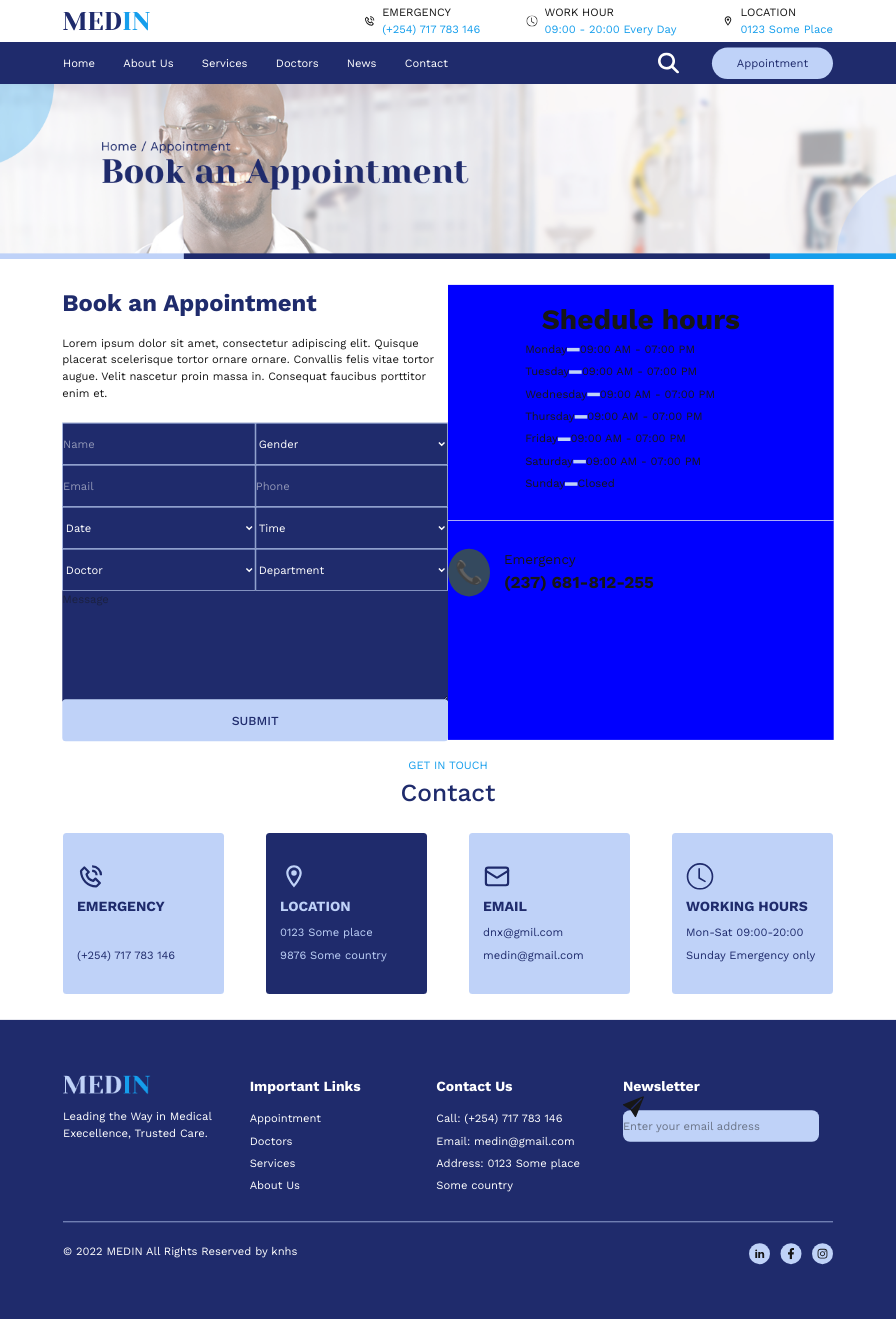
Repository: SynHK3/Poc_Hospital
Page: /appointment (app in fe_hospital/)
The author's editor kept a copy of each file at every save. The page is drawn from the files as they stood at one save, then again after the next save.
The browser window is 1280 px wide. The pictures show the whole page, at 70% of full size.
The project was rebuilt for these pictures with package versions that can differ from the ones it lists, and the page was loaded fresh each time. The framework's server and built-in components were replaced by stand-ins that run in the browser. Also part of the build but not shown: fe_hospital/next.config.ts.

Above is the page before, as saved 2025-09-02 22:36:38.

After the next save:
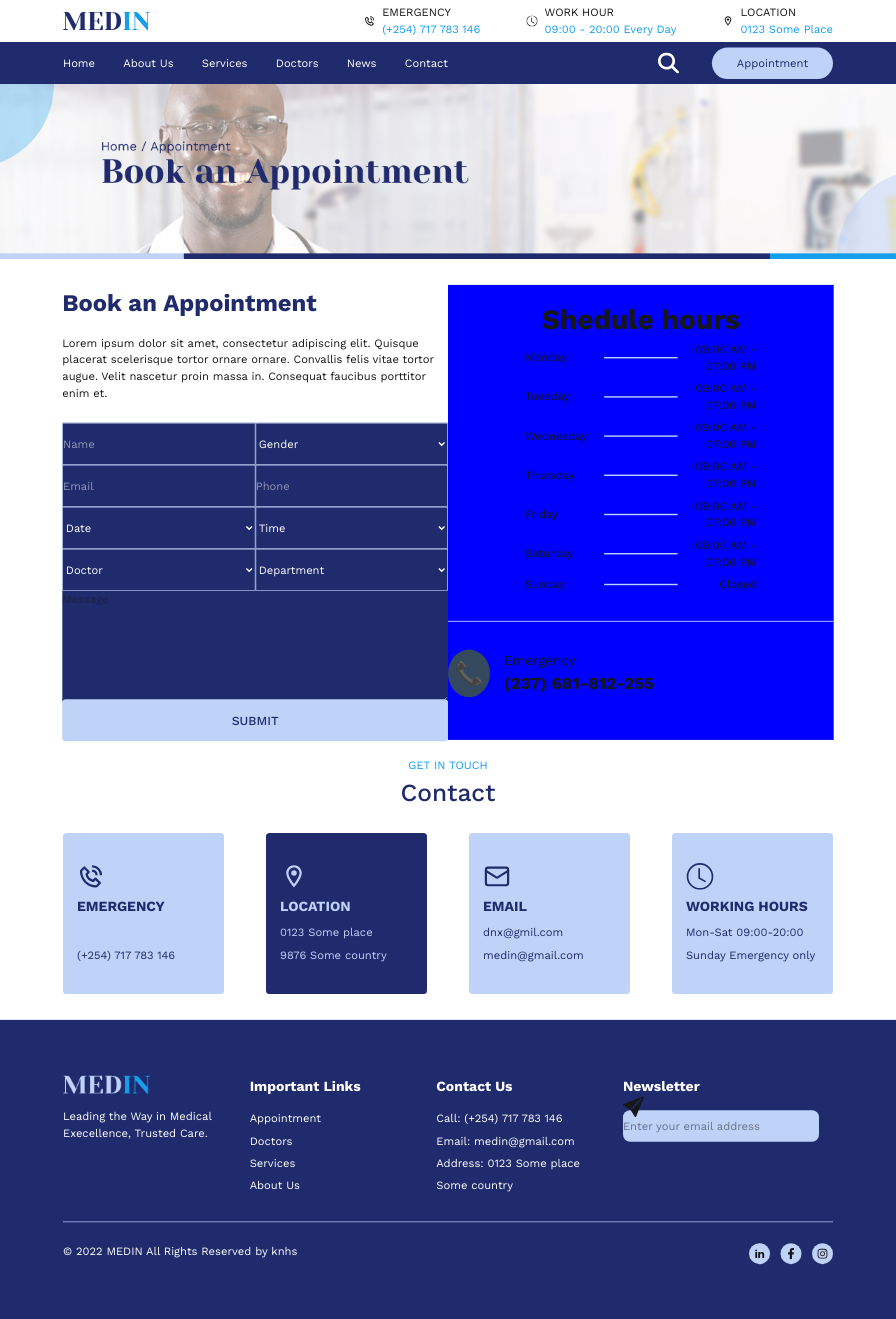
Saved 13 s later.
--- a/fe_hospital/src/app/appointment/appointment.css
+++ b/fe_hospital/src/app/appointment/appointment.css
@@ -126,9 +126,20 @@
 }
 
 .shedule__item .day {
+  flex: 1; /* chiếm 1 phần */
+  text-align: left;
+}
+
+.shedule__item .line--day--time {
+  flex: 1; /* chiếm 1 phần */
+  height: 2px;
+  background-color: #bfd2f8;
+  margin: 0 8px;
 }
 
 .shedule__item .time {
+  flex: 1; /* chiếm 1 phần */
+  text-align: right;
 }
 
 .shedule__divider {
